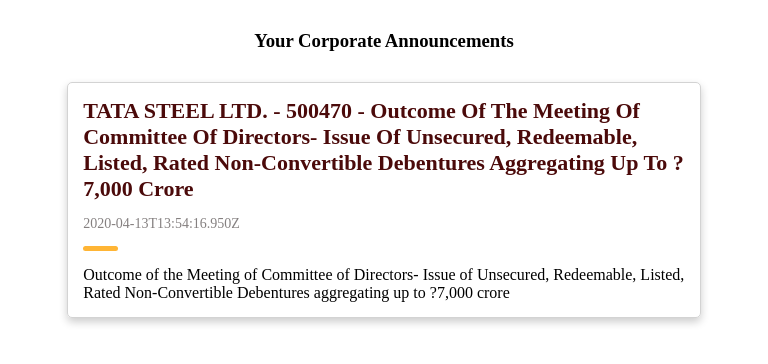
Repository: bhumikagohil/announcements
Page: card1.html
These files come from the project's save history. The page is drawn as it stood at one moment and after the next save; the edit follows.
The browser window is 768 px wide. The pictures show the whole page.
The page's requests for data from a server got no answer.

Above is the page before, as saved 2021-05-10 13:03:59.

### card1.html
<!DOCTYPE html>
<html>

<head>
    <meta name="viewport" content="width=device-width, initial-scale=1">
    <link rel="stylesheet" type="text/css" href="card1.css" />
</head>

<body>

    <div class="header-container">
        <h3 class="heading">Your Corporate Announcements</h3>
    </div>

    <div class="cards-container">
        <div class="card">
            <h5 class="title"> TATA STEEL LTD. - 500470 - Outcome Of The Meeting Of Committee Of Directors- Issue Of
                Unsecured, Redeemable, Listed, Rated
                Non-Convertible Debentures Aggregating Up To ?7,000 Crore</h5>
            <p class="time">2020-04-13T13:54:16.950Z</p>
            <hr />
            <div class="summary">
                Outcome of the Meeting of Committee of Directors- Issue of Unsecured, Redeemable, Listed, Rated
                Non-Convertible Debentures aggregating up to ?7,000 crore
            </div>
        </div>
    </div>


</body>
<script>

    const endpoint = "https://picsum.photos/v2/list";

    fetch(endpoint)
        .then(function (response) {
            return response.json();
        })
        .then(function (data) {
            const newCard = data.map(item => {
                return `
                <div class="card" id=${item.news_id}>
                    <h5 class="title">
                        ${item.author}
                    </h5>
                    <p class="time">
                        ${item.width}
                    </p>
                    <hr/>
                    <div class="summary">
                        ${item.url}
                    </div>
                </div>
                `
            })

            // document.querySelector(".cards-container").insertAdjacentHTML("afterbegin", newCard);
        })
        .catch(function (err) {
            console.log('error: ' + err);
        });

</script>


</html>

### card1.css
/* Header */
.header-container {
  width: 80%;
  margin: 30px auto;
}

.heading {
  text-align: center;
}

/* Card */
.cards-container {
  width: 100%;
}

.card {
  padding: 15px;
  box-shadow: 0 4px 8px 0 rgb(0 0 0 / 20%);
  width: 80%;
  border: 1px solid #d3d3d3;
  border-radius: 5px;
  margin: auto;
  margin-bottom: 10px;
}

.title {
  font-weight: bolder;
  font-size: 22px;
  margin-block: 0;
  color: #4b0a0a;
}

hr {
  content: "";
  height: 5px;
  background: #ffb535;
  width: 35px;
  border-radius: 3px;
  margin-left: 0;
  border: none;
}

.time {
  font-size: 14px;
  color: #858080;
}

.summary {
  overflow-x: auto;
  margin-top: 15px;
}

After the next save:
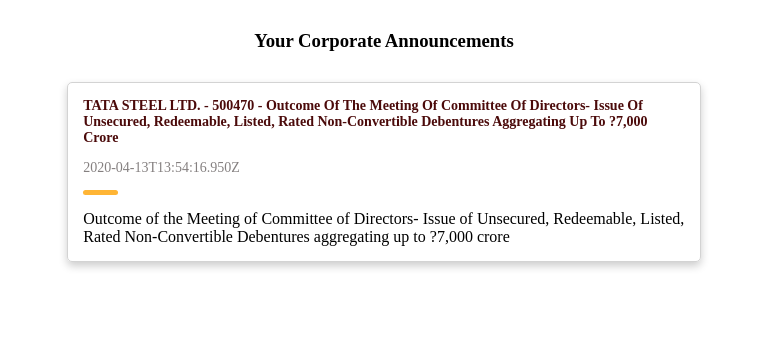
Saved 20 s later.
--- a/card1.css
+++ b/card1.css
@@ -49,3 +49,9 @@
   overflow-x: auto;
   margin-top: 15px;
 }
+
+@media only screen and (max-width: 768px) {
+  .title {
+    font-size: 14px;
+  }
+}
